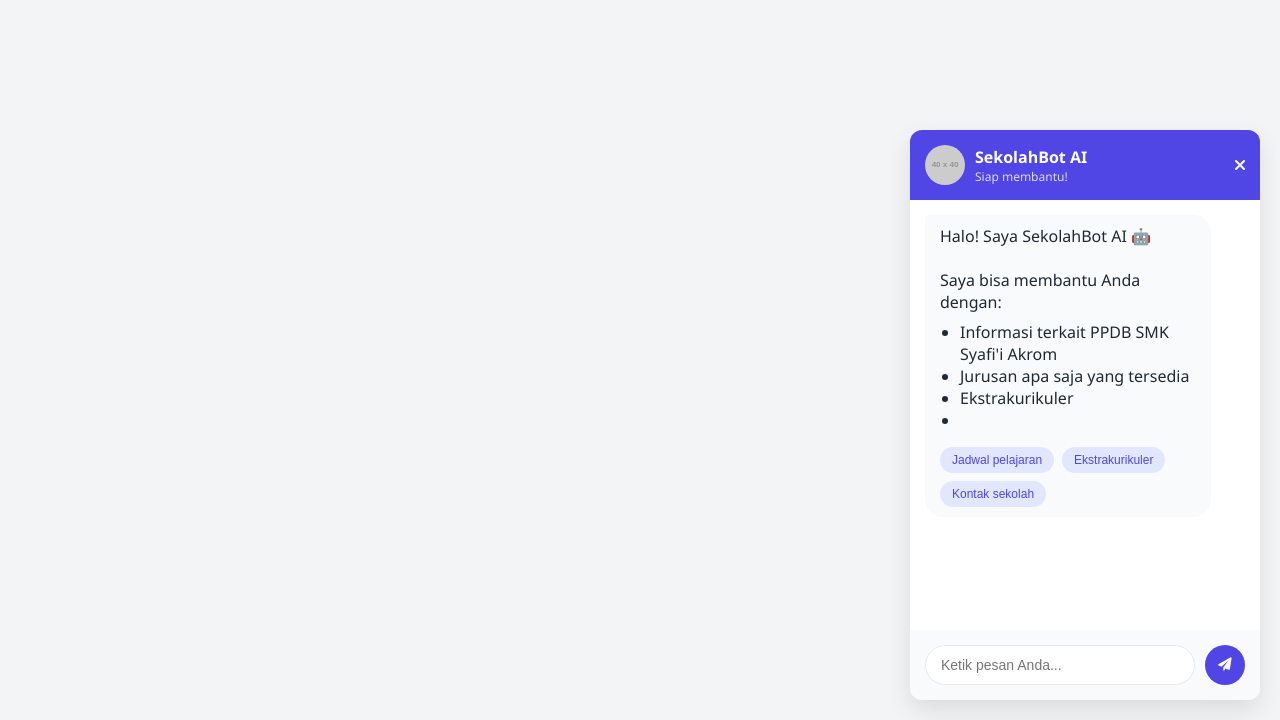
Repository: mufti-1448/Chat-Bot
Page: public/index.html
An editor plug-in stored every save of this project. The page is shown before and after the next save, followed by the edit.
The browser window is 1280 px wide. The pictures show the whole page.

Above is the page before, as saved 2025-08-21 08:49:41.

### public/index.html
<!DOCTYPE html>
<html lang="en">

<head>
    <meta charset="UTF-8">
    <meta name="viewport" content="width=device-width, initial-scale=1.0">
    <title>ROBO SA</title>
    <link rel="stylesheet" href="https://cdnjs.cloudflare.com/ajax/libs/font-awesome/6.0.0-beta3/css/all.min.css">
    <style>
        :root {
            --primary-color: #4f46e5;
            --secondary-color: #f9fafb;
            --text-color: #1f2937;
        }

        body {
            font-family: 'Segoe UI', Tahoma, Geneva, Verdana, sans-serif;
            margin: 0;
            padding: 0;
            background-color: #f3f4f6;
        }

        .chat-container {
            position: fixed;
            bottom: 20px;
            right: 20px;
            width: 350px;
            border-radius: 12px;
            overflow: hidden;
            box-shadow: 0 10px 25px rgba(0, 0, 0, 0.1);
            transform: translateY(20px);
            opacity: 0;
            transition: all 0.3s ease;
            z-index: 1000;
        }

        .chat-container.active {
            transform: translateY(0);
            opacity: 1;
        }

        .chat-header {
            background-color: var(--primary-color);
            color: white;
            padding: 15px;
            display: flex;
            justify-content: space-between;
            align-items: center;
            cursor: pointer;
        }

        .chat-body {
            background-color: white;
            height: 400px;
            overflow-y: auto;
            padding: 15px;
            display: flex;
            flex-direction: column;
            gap: 12px;
        }

        .chat-footer {
            background-color: var(--secondary-color);
            padding: 15px;
            display: flex;
            gap: 10px;
        }

        .chat-input {
            flex: 1;
            padding: 10px 15px;
            border: 1px solid #e5e7eb;
            border-radius: 20px;
            outline: none;
            font-size: 14px;
        }

        .send-btn {
            background-color: var(--primary-color);
            color: white;
            border: none;
            width: 40px;
            height: 40px;
            border-radius: 50%;
            cursor: pointer;
            display: flex;
            justify-content: center;
            align-items: center;
        }

        .message {
            max-width: 80%;
            padding: 10px 15px;
            border-radius: 18px;
            position: relative;
            animation: fadeIn 0.3s ease-out;
        }

        .user-message {
            align-self: flex-end;
            background-color: var(--primary-color);
            color: white;
            border-top-right-radius: 4px;
        }

        .bot-message {
            align-self: flex-start;
            background-color: var(--secondary-color);
            color: var(--text-color);
            border-top-left-radius: 4px;
        }

        .quick-replies {
            display: flex;
            flex-wrap: wrap;
            gap: 8px;
            margin-top: 8px;
        }

        .quick-reply-btn {
            background-color: #e0e7ff;
            color: var(--primary-color);
            border: none;
            padding: 6px 12px;
            border-radius: 16px;
            font-size: 12px;
            cursor: pointer;
            transition: background-color 0.2s;
        }

        .quick-reply-btn:hover {
            background-color: #c7d2fe;
        }

        .typing-indicator {
            display: flex;
            gap: 4px;
            padding: 10px 15px;
            background-color: var(--secondary-color);
            border-radius: 18px;
            align-self: flex-start;
        }

        .typing-dot {
            width: 8px;
            height: 8px;
            background-color: var(--primary-color);
            border-radius: 50%;
            opacity: 0.6;
        }

        .chat-toggle {
            position: fixed;
            bottom: 30px;
            right: 30px;
            background-color: var(--primary-color);
            color: white;
            width: 60px;
            height: 60px;
            border-radius: 50%;
            display: flex;
            justify-content: center;
            align-items: center;
            cursor: pointer;
            box-shadow: 0 4px 12px rgba(0, 0, 0, 0.15);
            z-index: 999;
        }

        @keyframes fadeIn {
            from {
                opacity: 0;
                transform: translateY(10px);
            }

            to {
                opacity: 1;
                transform: translateY(0);
            }
        }

        @keyframes dotPulse {

            0%,
            100% {
                transform: translateY(0);
                opacity: 0.6;
            }

            50% {
                transform: translateY(-4px);
                opacity: 1;
            }
        }
    </style>
</head>

<body>
    <div class="chat-toggle" id="chatToggle">
        <i class="fas fa-comment-dots" style="font-size: 24px;"></i>
    </div>

    <div class="chat-container" id="chatContainer">
        <div class="chat-header" id="chatHeader">
            <div style="display: flex; align-items: center; gap: 10px;">
                <img src="https://placehold.co/40x40" alt="ROBO SA"
                    style="width: 40px; height: 40px; border-radius: 50%;">
                <div>
                    <div style="font-weight: 600;">SekolahBot AI</div>
                    <div style="font-size: 12px; opacity: 0.8;">Siap membantu!</div>
                </div>
            </div>
            <i class="fas fa-times" id="closeChat" style="cursor: pointer;"></i>
        </div>

        <div class="chat-body" id="chatBody">
            <!-- Initial message -->
            <div class="message bot-message">
                Halo! Saya SekolahBot AI 🤖<br><br>
                Saya bisa membantu Anda dengan:
                <ul style="margin-top: 8px; padding-left: 20px;">
                    <li>Informasi terkait PPDB SMK Syafi'i Akrom</li>
                    <li>Jurusan apa saja yang tersedia</li>
                    <li>Ekstrakurikuler</li>
                    <li></li>
                </ul>
                <div class="quick-replies">
                    <button class="quick-reply-btn">Jadwal pelajaran</button>
                    <button class="quick-reply-btn">Ekstrakurikuler</button>
                    <button class="quick-reply-btn">Kontak sekolah</button>
                </div>
            </div>
        </div>

        <div class="chat-footer">
            <input type="text" class="chat-input" id="userInput" placeholder="Ketik pesan Anda...">
            <button class="send-btn" id="sendButton">
                <i class="fas fa-paper-plane"></i>
            </button>
        </div>
    </div>

    <script>
        // Enhanced Knowledge Base
        const knowledgeBase = {
            // Greetings
            greetings: {
                patterns: ["halo", "hai", "hello", "hi", "selamat pagi", "selamat siang", "selamat sore"],
                responses: [
                    "Halo! Ada yang bisa saya bantu hari ini?",
                    "Hai! Bagaimana kabar Anda? Ada yang bisa saya bantu?",
                    "Selamat datang! Ada pertanyaan tentang sekolah kami?"
                ]
            },

            // School information
            school_info: {
                patterns: ["informasi sekolah", "tentang sekolah", "profil sekolah", "sejarah sekolah"],
                responses: [
                    "Sekolah kami adalah SMP Negeri 1 Pintar yang berdiri sejak 1990. Kami memiliki visi 'Membentuk generasi cerdas dan berkarakter'.",
                    "Sekolah kami memiliki fasilitas lengkap termasuk perpustakaan, laboratorium, dan lapangan olahraga.",
                    "Berikut profil singkat sekolah kami:\n- Jenjang: SMP\n- Akreditasi: A\n- Jumlah siswa: 800+\n- Program unggulan: Sains dan Teknologi"
                ]
            },

            // Schedule
            schedule: {
                patterns: ["jadwal", "jadwal pelajaran", "pelajaran hari ini", "mapel hari ini"],
                responses: [
                    "Berikut jadwal pelajaran hari ini:\n\nKelas 7:\n- 07:30 Matematika\n- 09:00 Bahasa Indonesia\n- 10:30 IPA\n\nKelas 8:\n- 07:30 Bahasa Inggris\n- 09:00 IPS\n- 10:30 Seni Budaya",
                    "Jadwal pelajaran hari ini:\n1. Matematika\n2. Bahasa Indonesia\n3. IPA\n4. PJOK",
                    "Untuk jadwal pelajaran, bisa lebih spesifik kelas berapa yang anda tanyakan?"
                ],
                followUp: {
                    "kelas 7": "Jadwal kelas 7 hari ini:\n1. Matematika (Pak Budi)\n2. Bahasa Indonesia (Ibu Ani)\n3. IPA (Ibu Citra)\n4. PJOK (Pak Ari)",
                    "kelas 8": "Jadwal kelas 8 hari ini:\n1. Bahasa Inggris (Ibu Dewi)\n2. IPS (Pak Eko)\n3. Seni Budaya (Ibu Fitri)\n4. Prakarya (Pak Gani)",
                    "matematika": "Guru matematika hari ini adalah Pak Budi di ruang 201 untuk kelas 7 dan Pak Dedi di ruang 302 untuk kelas 8."
                }
            },

            // Extracurricular
            extracurricular: {
                patterns: ["ekstrakurikuler", "ekskul", "kegiatan luar sekolah"],
                responses: [
                    "Ekstrakurikuler yang tersedia:\n1. Pramuka\n2. Futsal\n3. Robotik\n4. Teater\n5. KIR\n6. Paduan Suara",
                    "Kami memiliki banyak kegiatan ekstrakurikuler. Yang paling populer adalah Robotik dan Futsal."
                ],
                followUp: {
                    "pramuka": "Ekstrakurikuler pramuka dilaksanakan setiap Sabtu pagi. Pembina: Pak Hari",
                    "futsal": "Futsal hari Selasa dan Kamis sore. Pelatih: Pak Arif",
                    "robotik": "Robotik setiap Rabu pukul 14.00-16.00 di lab komputer 2. Pembimbing: Ibu Lina"
                }
            },

            // Contact
            contact: {
                patterns: ["kontak", "kontak sekolah", "nomor telepon", "alamat sekolah"],
                responses: [
                    "Kontak sekolah kami:\n📞 021-1234567\n📧 info@smpn1pintar.sch.id\n📍 Jl. Pendidikan No. 123, Jakarta Pusat",
                    "Anda bisa menghubungi kami melalui:\n- Telepon: (021) 1234567\n- Email: info@smpn1pintar.sch.id"
                ]
            },

            // Thanks
            thanks: {
                patterns: ["terima kasih", "thanks", "makasih"],
                responses: [
                    "Sama-sama! Senang bisa membantu.",
                    "Terima kasih kembali. Jika ada pertanyaan lain, saya siap membantu!",
                    "Saya senang bisa membantu. Jangan ragu bertanya lagi ya!"
                ]
            }
        };

        // Chat functionality
        document.addEventListener('DOMContentLoaded', function () {
            const chatToggle = document.getElementById('chatToggle');
            const chatContainer = document.getElementById('chatContainer');
            const closeChat = document.getElementById('closeChat');
            const chatHeader = document.getElementById('chatHeader');
            const chatBody = document.getElementById('chatBody');
            const userInput = document.getElementById('userInput');
            const sendButton = document.getElementById('sendButton');

            // Show chat container
            setTimeout(() => {
                chatContainer.classList.add('active');
            }, 1000);

            // Toggle chat
            chatToggle.addEventListener('click', () => {
                chatContainer.classList.toggle('active');
            });

            // Close chat
            closeChat.addEventListener('click', (e) => {
                e.stopPropagation();
                chatContainer.classList.remove('active');
            });

            // Header click also toggles
            chatHeader.addEventListener('click', () => {
                chatContainer.classList.toggle('active');
            });

            // Send message function
            function sendMessage() {
                const message = userInput.value.trim();
                if (!message) return;

                // Add user message to chat
                addMessage(message, 'user');
                userInput.value = '';

                // Show typing indicator
                showTypingIndicator();

                // Process after delay to simulate thinking
                setTimeout(() => {
                    const response = getBotResponse(message);
                    addMessage(response.message, 'bot', response.quickReplies);

                    // Auto-scroll to bottom
                    chatBody.scrollTop = chatBody.scrollHeight;
                }, 1000 + Math.random() * 1500);
            }

            // Add message to chat
            function addMessage(text, sender, quickReplies = null) {
                // Remove typing indicator if present
                const existingTyping = chatBody.querySelector('.typing-indicator');
                if (existingTyping) {
                    chatBody.removeChild(existingTyping);
                }

                const messageDiv = document.createElement('div');
                messageDiv.className = `message ${sender}-message`;
                messageDiv.innerHTML = text.replace(/\n/g, '<br>');

                // Add quick replies if provided
                if (quickReplies) {
                    const quickRepliesDiv = document.createElement('div');
                    quickRepliesDiv.className = 'quick-replies';

                    quickReplies.forEach(reply => {
                        const btn = document.createElement('button');
                        btn.className = 'quick-reply-btn';
                        btn.textContent = reply;
                        btn.addEventListener('click', () => {
                            addMessage(reply, 'user');
                            showTypingIndicator();

                            setTimeout(() => {
                                const response = getBotResponse(reply);
                                addMessage(response.message, 'bot', response
                                    .quickReplies);
                                chatBody.scrollTop = chatBody.scrollHeight;
                            }, 800);
                        });

                        quickRepliesDiv.appendChild(btn);
                    });

                    messageDiv.appendChild(quickRepliesDiv);
                }

                chatBody.appendChild(messageDiv);
                chatBody.scrollTop = chatBody.scrollHeight;
            }

            // Show typing indicator
            function showTypingIndicator() {
                const typingDiv = document.createElement('div');
                typingDiv.className = 'typing-indicator';

                for (let i = 0; i < 3; i++) {
                    const dot = document.createElement('div');
                    dot.className = 'typing-dot';
                    dot.style.animation = `dotPulse 1s infinite ${i * 0.2}s`;
                    typingDiv.appendChild(dot);
                }

                chatBody.appendChild(typingDiv);
                chatBody.scrollTop = chatBody.scrollHeight;
            }

            // Get bot response with simple NLP
            function getBotResponse(userMessage) {
                const lowerMsg = userMessage.toLowerCase();
                let response = {
                    message: "",
                    quickReplies: []
                };

                // Check for matching intents
                for (const [intent, data] of Object.entries(knowledgeBase)) {
                    for (const pattern of data.patterns) {
                        if (lowerMsg.includes(pattern.toLowerCase())) {
                            // Check for follow-up questions
                            if (data.followUp) {
                                for (const [keyword, followUpResp] of Object.entries(data.followUp)) {
                                    if (lowerMsg.includes(keyword)) {
                                        response.message = followUpResp;
                                        return response;
                                    }
                                }
                            }

                            // Get random response from the intent
                            const randomIndex = Math.floor(Math.random() * data.responses.length);
                            response.message = data.responses[randomIndex];

                            // Add relevant quick replies
                            if (intent === 'schedule') {
                                response.quickReplies = ['kelas 7', 'kelas 8', 'matematika'];
                            } else if (intent === 'extracurricular') {
                                response.quickReplies = ['pramuka', 'futsal', 'robotik'];
                            }

                            return response;
                        }
                    }
                }

                // Fallback response if no intent matched
                response.message = "Maaf, saya belum memahami pertanyaan Anda. " +
                    "Anda bisa bertanya tentang:\n" +
                    "- Informasi sekolah\n" +
                    "- Jadwal pelajaran\n" +
                    "- Ekstrakurikuler\n" +
                    "- Kontak sekolah";

                response.quickReplies = ['Informasi sekolah', 'Jadwal hari ini', 'Ekstrakurikuler'];

                return response;
            }

            // Event listeners
            sendButton.addEventListener('click', sendMessage);
            userInput.addEventListener('keypress', (e) => {
                if (e.key === 'Enter') sendMessage();
            });

            // Quick reply buttons in initial message
            document.querySelectorAll('.quick-reply-btn').forEach(btn => {
                btn.addEventListener('click', function () {
                    const text = this.textContent;
                    addMessage(text, 'user');
                    showTypingIndicator();

                    setTimeout(() => {
                        const response = getBotResponse(text);
                        addMessage(response.message, 'bot', response.quickReplies);
                        chatBody.scrollTop = chatBody.scrollHeight;
                    }, 800);
                });
            });
        });
    </script>
</body>

</html>

After the next save:
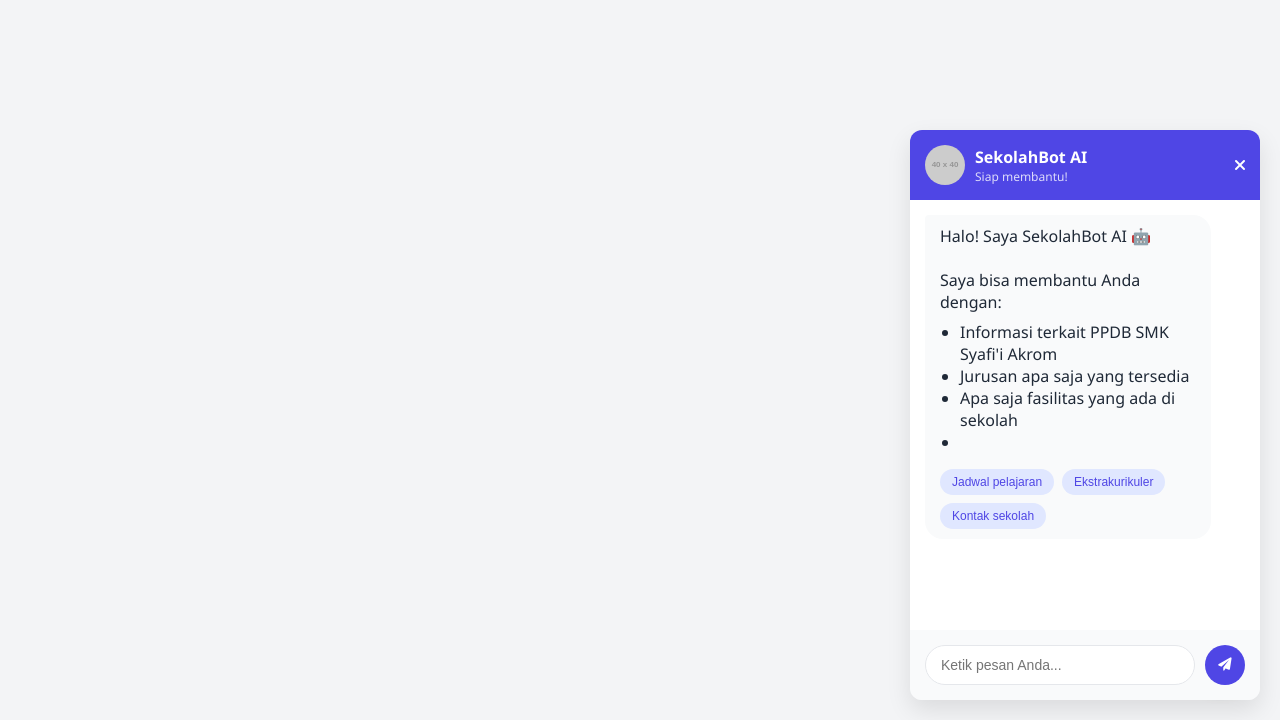
Saved 11 s later.
--- a/public/index.html
+++ b/public/index.html
@@ -220,7 +220,7 @@
                 <ul style="margin-top: 8px; padding-left: 20px;">
                     <li>Informasi terkait PPDB SMK Syafi'i Akrom</li>
                     <li>Jurusan apa saja yang tersedia</li>
-                    <li>Ekstrakurikuler</li>
+                    <li>Apa saja fasilitas yang ada di sekolah</li>
                     <li></li>
                 </ul>
                 <div class="quick-replies">
